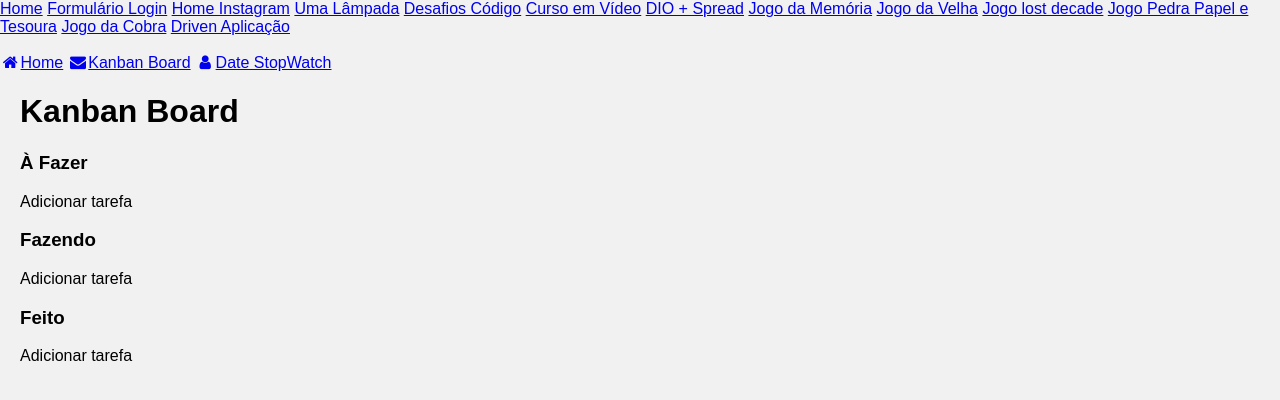
Repository: douglasabnovato/byteclass
Page: trello-mini-kanban/index.html
The author's editor kept a copy of each file at every save. The page is drawn from the files as they stood at one save, then again after the next save.
The browser window is 1280 px wide. The pictures show the whole page.

Above is the page before, as saved 2025-07-31 19:42:58.
Not found: trello-mini-kanban/assets/logo.jpg
Not found: trello-mini-kanban/javascript/kanban-board.js

After the next save:
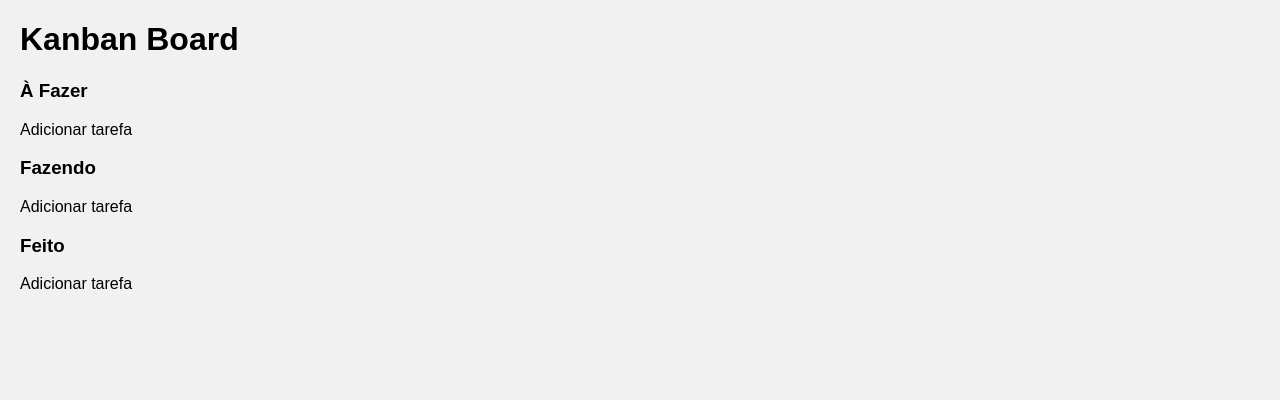
Saved 47 s later.
--- a/trello-mini-kanban/index.html
+++ b/trello-mini-kanban/index.html
@@ -1,71 +1,62 @@
 <!DOCTYPE html>
 <html>
+  <head>
+    <meta charset="UTF-8" />
+    <meta http-equiv="X-UA-Compatible" content="IE=edge" />
+    <meta name="viewport" content="width=device-width, initial-scale=1.0" />
+    <link
+      rel="stylesheet"
+      href="https://cdnjs.cloudflare.com/ajax/libs/font-awesome/4.7.0/css/font-awesome.min.css"
+    />
+    <title>Trello Mini Kanban</title>
+    <link rel="stylesheet" href="./style.css" />
+  </head>
 
-<head>
-  <meta charset="UTF-8" />
-  <meta http-equiv="X-UA-Compatible" content="IE=edge" />
-  <meta name="viewport" content="width=device-width, initial-scale=1.0" />
-  <link rel="stylesheet" href="https://cdnjs.cloudflare.com/ajax/libs/font-awesome/4.7.0/css/font-awesome.min.css" />
-  <title>Trello Mini Kanban</title>
-  <link rel="stylesheet" href="./style.css" />
-</head>
+  <body>
+    <div class="container content" id="home" style="padding-left: 20px">
+      <header>
+        <h1>Kanban Board</h1>
+      </header>
+      <main>
+        <div class="board">
+          <h3 class="title">À Fazer</h3>
+          <ul
+            id="a-fazer"
+            class="todo-list"
+            ondrop="drop(event, this.id)"
+            ondragover="over(event)"
+          ></ul>
+          <div class="add-card" onclick="addCard(this)">
+            <p>Adicionar tarefa</p>
+          </div>
+        </div>
+        <div class="board">
+          <h3 class="title">Fazendo</h3>
+          <ul
+            id="fazendo"
+            class="todo-list"
+            ondrop="drop(event, this.id)"
+            ondragover="over(event)"
+          ></ul>
+          <div class="add-card" onclick="addCard(this)">
+            <p>Adicionar tarefa</p>
+          </div>
+        </div>
+        <div class="board">
+          <h3 class="title">Feito</h3>
+          <ul
+            id="feito"
+            class="todo-list"
+            ondrop="drop(event, this.id)"
+            ondragover="over(event)"
+          ></ul>
+          <div class="add-card" onclick="addCard(this)">
+            <p>Adicionar tarefa</p>
+          </div>
+        </div>
+      </main>
+    </div>
 
-<body>
-  <div class="sidebar">
-    <a href="../../index.html">Home</a>
-    <a href="../../formulario-login/index.html">Formulário Login</a>
-    <a href="../../home-instagram/index.html">Home Instagram</a>
-    <a href="../../uma-lampada/index.html">Uma Lâmpada</a>
-    <a href="../../desafios-codigo/index.html">Desafios Código</a>
-    <a href="../../curso-em-video/index.html">Curso em Vídeo</a>
-    <a href="../../dio-spread/index.html">DIO + Spread</a>
-    <a href="../../jogo-da-memoria/index.html">Jogo da Memória</a>
-    <a href="../../jogo-da-velha/index.html">Jogo da Velha</a>
-    <a href="../../jogo-lost-decade/index.html">Jogo lost decade</a>
-    <a href="../../jogo-pedra-papel-e-tesoura/index.html">Jogo Pedra Papel e Tesoura</a>
-    <a href="../../jogo-da-cobra/index.html">Jogo da Cobra</a>
-    <a class="active" class="active dropbtn" href="#driven-aplicacoes">Driven Aplicação</a>
-  </div>
-
-  <div class="header content-header">
-    <a href="#default" class="logo"><img src="../assets/logo.jpg" width="100px" alt="" /></a>
-    <div class="header-right">
-      <a href="../index.html"><i class="fa fa-fw fa-home"></i>Home</a>
-      <a class="active" href="#"><i class="fa fa-fw fa-envelope"></i>Kanban Board</a>
-      <a href="./date-stopwatch.html"><i class="fa fa-fw fa-user"></i>Date StopWatch</a>
-    </div>
-  </div>
-
-  <div class="container content" id="home" style="padding-left: 20px">
-    <header>
-      <h1>Kanban Board</h1>
-    </header>
-    <main>
-      <div class="board">
-        <h3 class="title">À Fazer</h3>
-        <ul id="a-fazer" class="todo-list" ondrop="drop(event, this.id)" ondragover="over(event)"></ul>
-        <div class="add-card" onclick="addCard(this)">
-          <p>Adicionar tarefa</p>
-        </div>
-      </div>
-      <div class="board">
-        <h3 class="title">Fazendo</h3>
-        <ul id="fazendo" class="todo-list" ondrop="drop(event, this.id)" ondragover="over(event)"></ul>
-        <div class="add-card" onclick="addCard(this)">
-          <p>Adicionar tarefa</p>
-        </div>
-      </div>
-      <div class="board">
-        <h3 class="title">Feito</h3>
-        <ul id="feito" class="todo-list" ondrop="drop(event, this.id)" ondragover="over(event)"></ul>
-        <div class="add-card" onclick="addCard(this)">
-          <p>Adicionar tarefa</p>
-        </div>
-      </div>
-    </main>
-  </div>
-
-  <script src="../javascript/kanban-board.js"></script>
-</body>
-
+    <script src="./script.js"></script>
+  </body>
 </html>
